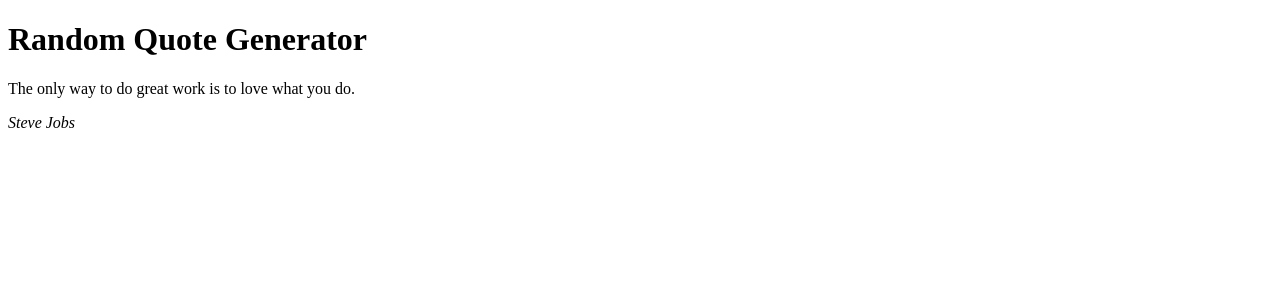
Repository: RiyaRoy05/RandomQuoteGenerator
Page: /
These files come from the project's save history. The page is drawn as it stood at one moment and after a run of saves; the edit follows.
The browser window is 1280 px wide. The pictures show the whole page.
The project was rebuilt for these pictures with package versions that can differ from the ones it lists, and the page was loaded fresh each time. Also part of the build but not shown: vite.config.js.

Above is the page before, as saved 2025-05-21 17:12:12.

After the next 2 saves:
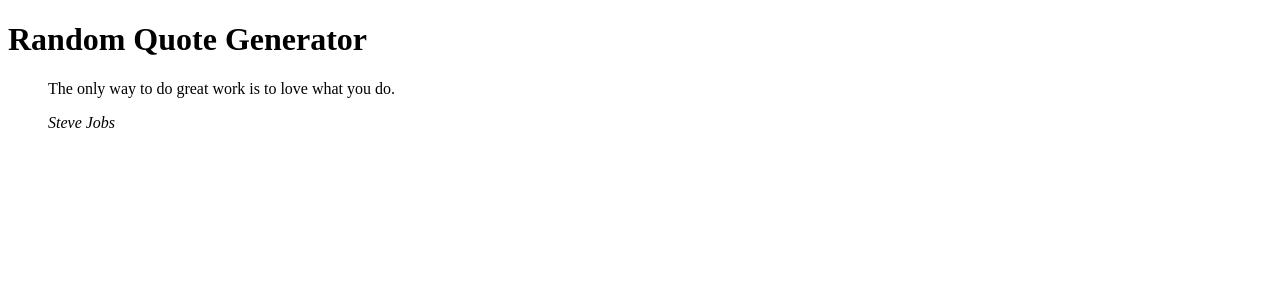
The 2 saves are shown as one change because they came seconds apart.
The last was saved 9 s later.
--- a/src/components/RandomQuoteGenerator .vue
+++ b/src/components/RandomQuoteGenerator .vue
@@ -30,8 +30,9 @@
 <template>
     <div class="quote-generator">
         <h1 class="app-title">Random Quote Generator</h1>
-        <blockquote class="quote-conatiner"></blockquote>
+        <blockquote class="quote-conatiner">
         <p>{{ currentQuote.text }}</p>
         <cite>{{ currentQuote.author }}</cite>
+        </blockquote>
     </div>
 </template>
